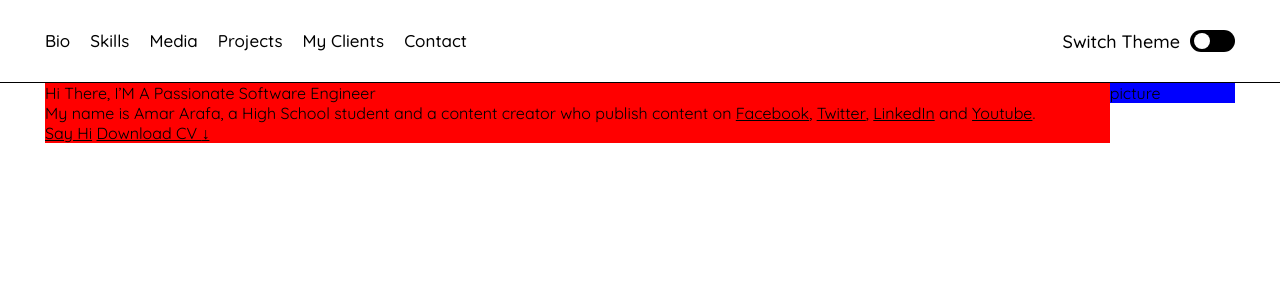
Repository: benarafa1/personal-website
Page: index.html
These files come from the project's save history. The page is drawn as it stood at one moment and after the next save; the edit follows.
The browser window is 1280 px wide. The pictures show the whole page.

Above is the page before, as saved 2025-04-12 07:07:16.

### index.html
<!DOCTYPE html>
<html lang="en">
  <head>
    <meta charset="UTF-8" />
    <meta name="viewport" content="width=device-width, initial-scale=1.0" />
    <link rel="preconnect" href="https://fonts.googleapis.com" />
    <link rel="preconnect" href="https://fonts.gstatic.com" crossorigin />
    <link
      href="https://fonts.googleapis.com/css2?family=Quicksand:wght@300..700&
      family=Roboto:ital,wght@0,100;0,300;0,400;0,500;0,700;0,900;1,100;1,300;1,400;1,500;1,700;1,900&display=swap"
      rel="stylesheet"
    />
    <link rel="stylesheet" href="style.css" />
    <title>Amar Arafa</title>
  </head>

  <body>
    <div class="container">
      <header class="header">
        <nav class="navigation">
          <ul class="navigation__list">
            <li><a class="navigation__link" href="#">Bio</a></li>
            <li><a class="navigation__link" href="#">Skills</a></li>
            <li><a class="navigation__link" href="#">Media</a></li>
            <li><a class="navigation__link" href="#">Projects</a></li>
            <li><a class="navigation__link" href="#">My Clients</a></li>
            <li><a class="navigation__link" href="#">Contact</a></li>
          </ul>
        </nav>
        <div class="toggle">
          <h3 class="toggle__title">Switch Theme</h3>
          <input
            type="checkbox"
            name="toggle__checkbox"
            id="checkbox"
            class="toggle__checkbox"
          />
          <label for="checkbox" class="toggle__label"></label>
        </div>
      </header>
      <section class="bio section">
        <div class="bio__data-part">
          <h1 class="bio__heading">
            Hi There, I’M A Passionate Software Engineer
          </h1>
          <p class="bio__objevtive">
            My name is <span class="bio__name">Amar Arafa</span>, a High School
            student and a content creator who publish content on
            <a href="#" class="bio__Facebook">Facebook</a>,
            <a href="#" class="bio__Twitter">Twitter</a>,
            <a href="#" class="bio__LinkedIn">LinkedIn</a> and
            <a href="#" class="bio__Youtube">Youtube</a>.
          </p>
          <a href="#" class="bio__links say-hi-link">Say Hi</a>
          <a href="#" class="bio__links download-cv-link"
            >Download CV <span class="bio__arrow">↓</span></a
          >
        </div>
        <div class="bio__pic-part">picture</div>
      </section>
    </div>
  </body>
</html>

### style.css
:root {
  --container-width: 119rem;
  --gutter: 2rem;
  --color-black: #000;
  --color-white: #fff;
  --color-blue: #2374e1;
  --color-light-blue: #1d9bf0;
  --color-dark-blue: #0a66c2;
  --color-darker-blue: #143ce8;
  --color-red: #ff0000;
  --color-green: #03a696;
  --color-grey: #f6f6f6;
  --color-dark-green: #42959b;
  --color-background: var(--color-white);
  --color-text: var(--color-black);
  --color-box-img: var(--color-black);
  --color-link-bg: var(--color-black);
  --color-input-border: var(--color-black);
  --font-family-Roboto: "Roboto", sans-serif;
  --font-family-Quicksand: "Quicksand", sans-serif;
  --font-weight-regular: 400;
  --font-weight-medium: 500;
  --font-weight-semi-bold: 600;
  --font-weight-bold: 700;
  --font-size-70: 7rem;
  --font-size-65: 6.5rem;
  --font-size-40: 4rem;
  --font-size-38: 3.8rem;
  --font-size-24: 2.4rem;
  --font-size-22: 2.2rem;
  --font-size-20: 2rem;
  --font-size-18: 1.8rem;
  --font-size-15: 1.5rem;
  --transition-timing: 0.3s;
}

/* start CSS Reset */
*,
*::before,
*::after {
  box-sizing: border-box;
  margin: 0;
  padding: 0;
  font: inherit;
}

a {
  color: inherit;
  display: inline-block;
}

button {
  background-color: transparent;
  border: none;
  cursor: pointer;
}

ul,
ol {
  list-style: none;
}
/* end CSS Reset */

body {
  font-size: 1.6rem;
  font-family: var(--font-family-Quicksand);
}

html {
  font-size: 62.5%;
  scroll-behavior: smooth;
  scroll-padding-top: 11rem;
}

.container {
  margin: 0 auto;
  width: var(--container-width);
}

.navigation__list {
  display: flex;
  gap: 2rem;
}
.navigation__link:link,
.navigation__link:visited {
  font-weight: var(--font-weight-medium);
  text-decoration: none;
  font-size: 1.7rem;
}

.navigation__link:hover,
.navigation__link:active {
  text-decoration: underline;
}

.header {
  position: relative;
  padding: 3rem 0;
  display: flex;
  justify-content: center;
}
.header::before {
  content: "";
  position: absolute;
  height: 100%;
  width: 100vw;
  top: 0;
  z-index: -1;
  border-bottom: 0.1rem solid var(--color-input-border);
}

/* toggle start */
.toggle {
  display: flex;
  gap: 1rem;
  margin-left: auto;
}
.toggle__title {
  font-weight: var(--font-weight-medium);
  font-size: var(--font-size-18);
}
.toggle__checkbox {
  display: none;
}

.toggle__label {
  display: block;
  width: 4.5rem;
  height: 2.2rem;
  border-radius: 1.5rem;
  background-color: var(--color-black);
  cursor: pointer;
  padding: 0.3rem 0.4rem;
  transition: var(--transition-timing);
}

.toggle__label::before {
  content: "";
  display: block;
  width: 1.6rem;
  height: 1.6rem;
  border-radius: 50%;
  background-color: var(--color-white);
  transition: var(--transition-timing);
}

.toggle__checkbox:checked + .toggle__label {
  background-color: var(--color-white);
}
.toggle__checkbox:checked + .toggle__label::before {
  background-color: var(--color-black);
  transform: translateX(2.1rem);
}
/* toggle end */
.section {
  display: grid;
  grid-template-columns: repeat(2, auto);
  align-items: start;
}
/* bio component start */
.bio {
}
/* bio component end */
.bio__data-part {
  background-color: red;
}
.bio__pic-part {
  background-color: blue;
}

After the next save:
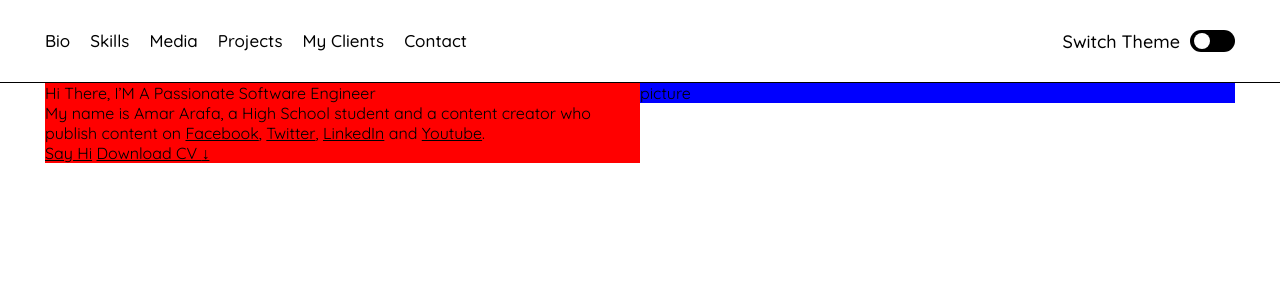
Saved 33 s later.
--- a/style.css
+++ b/style.css
@@ -159,6 +159,7 @@ html {
 }
 /* bio component start */
 .bio {
+  grid-template-columns: repeat(2, 1fr);
 }
 /* bio component end */
 .bio__data-part {
